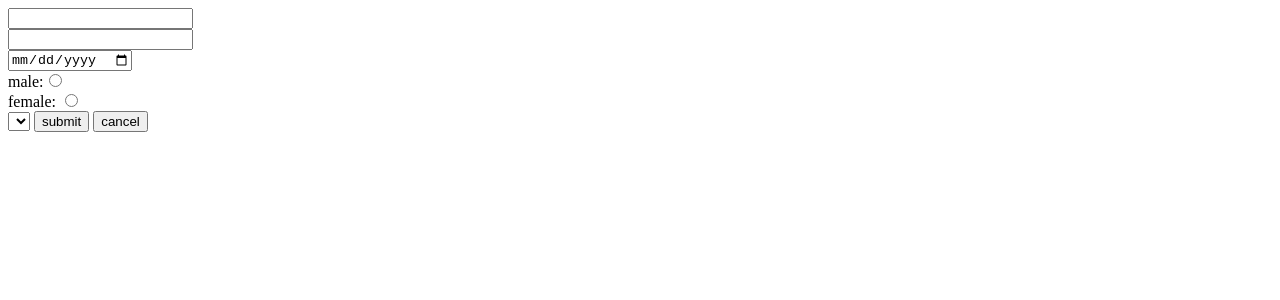
Repository: Preethi990/wednesday
Page: JESE7/project2_jese8/src/main/webapp/NewFile.html
An editor plug-in stored every save of this project. The page is shown before and after the next save, followed by the edit.
The browser window is 1280 px wide. The pictures show the whole page.

Above is the page before, as saved 2023-02-04 07:02:08.

After the next save:
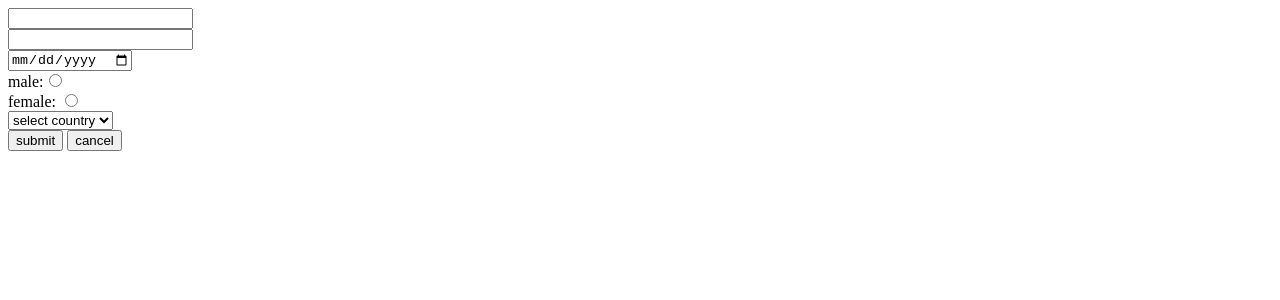
Saved 2 min 19 s later.
--- a/JESE7/project2_jese8/src/main/webapp/NewFile.html
+++ b/JESE7/project2_jese8/src/main/webapp/NewFile.html
@@ -11,9 +11,11 @@
 <input type="date" name="dob"> <br>
 male:<input type="radio" name="gender" value="male"> <br>
 female: <input type="radio" name="gender" value="female"> <br>
-<select name="country"></select>
-
-
+<select name="country">
+<option>select country</option>
+<option>India</option>
+<option>Australia</option>
+</select> <br>
 <button>submit</button>
 <button>cancel</button>
 </form>
